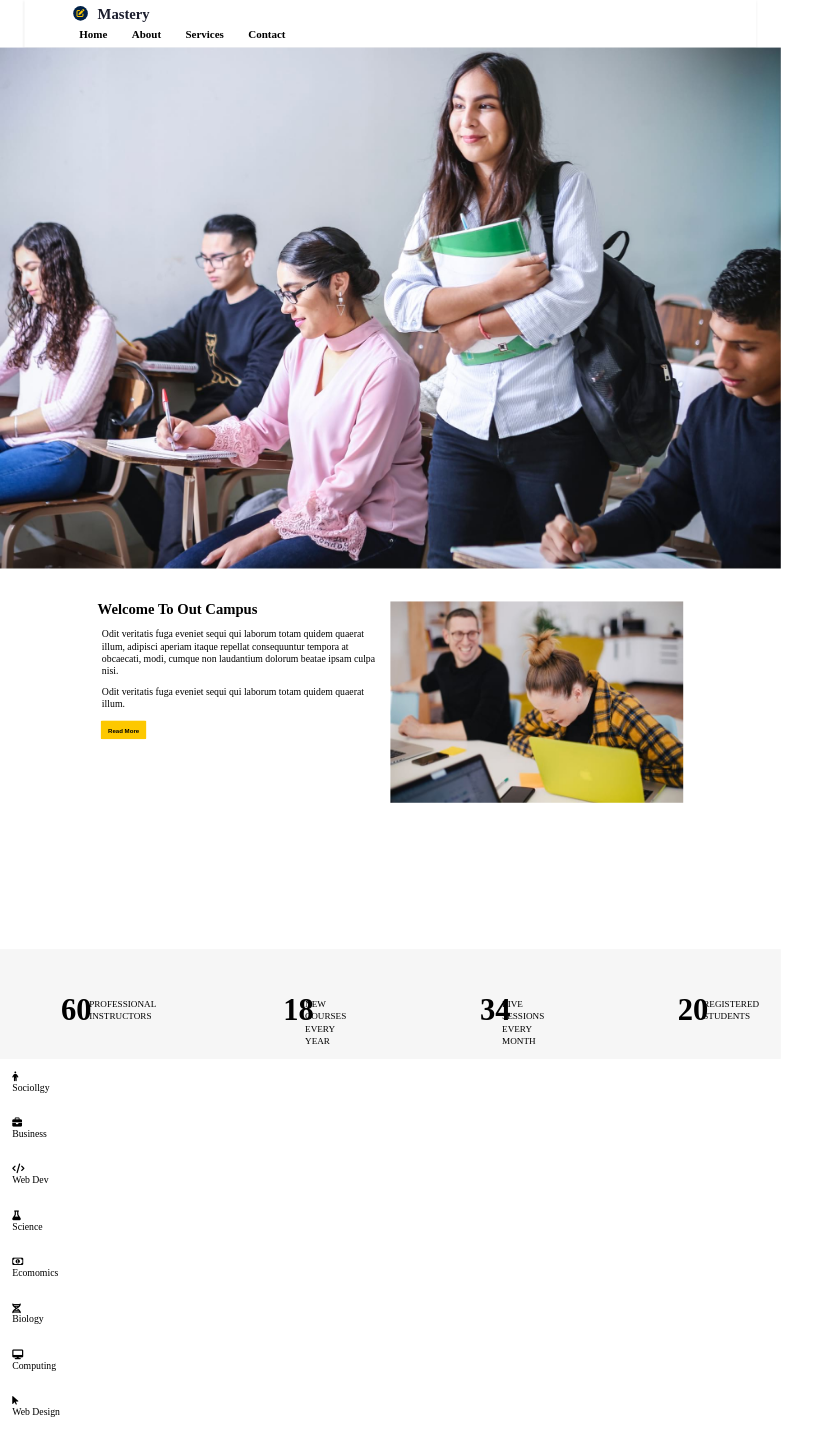
Repository: trminhphuc1504/Mastery
Page: index.html
The author's editor kept a copy of each file at every save. The page is drawn from the files as they stood at one save, then again after the next save.
The browser window is 1280 px wide. The page is 1358 px wide, so the pictures cover 1358 px, including what lies to the right of the window. The pictures show the whole page, at 61% of full size.
Some web libraries are served in a nearby version.

Above is the page before, as saved 2024-08-24 13:01:56.

After the next save:
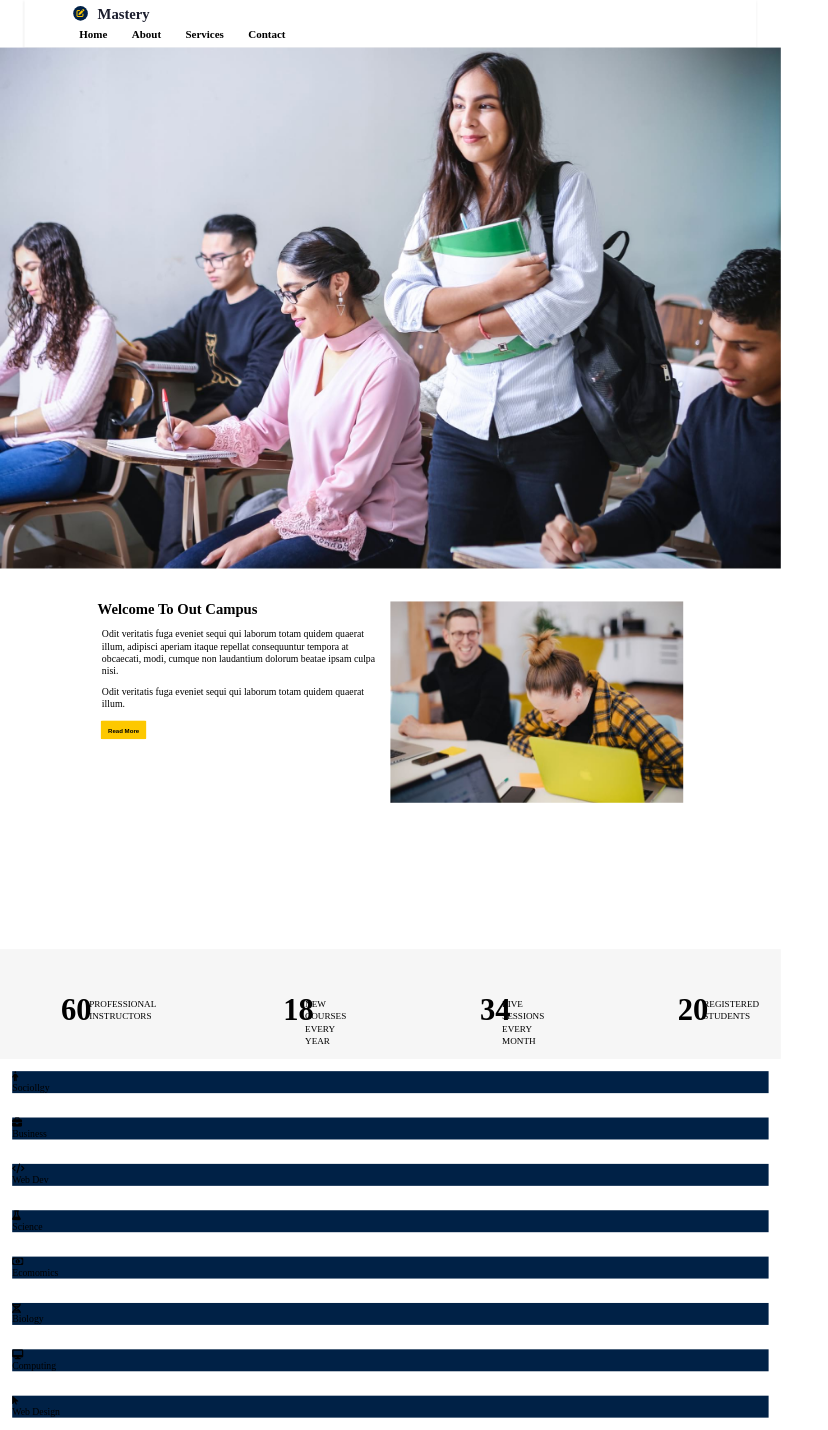
Saved 62 s later.
--- a/css/style.css
+++ b/css/style.css
@@ -185,3 +185,7 @@ header{
 #banner .banner-items{
     padding:20px;
 }
+
+#banner .banner-items .banner-slide{
+    background-color:#002146
+}
